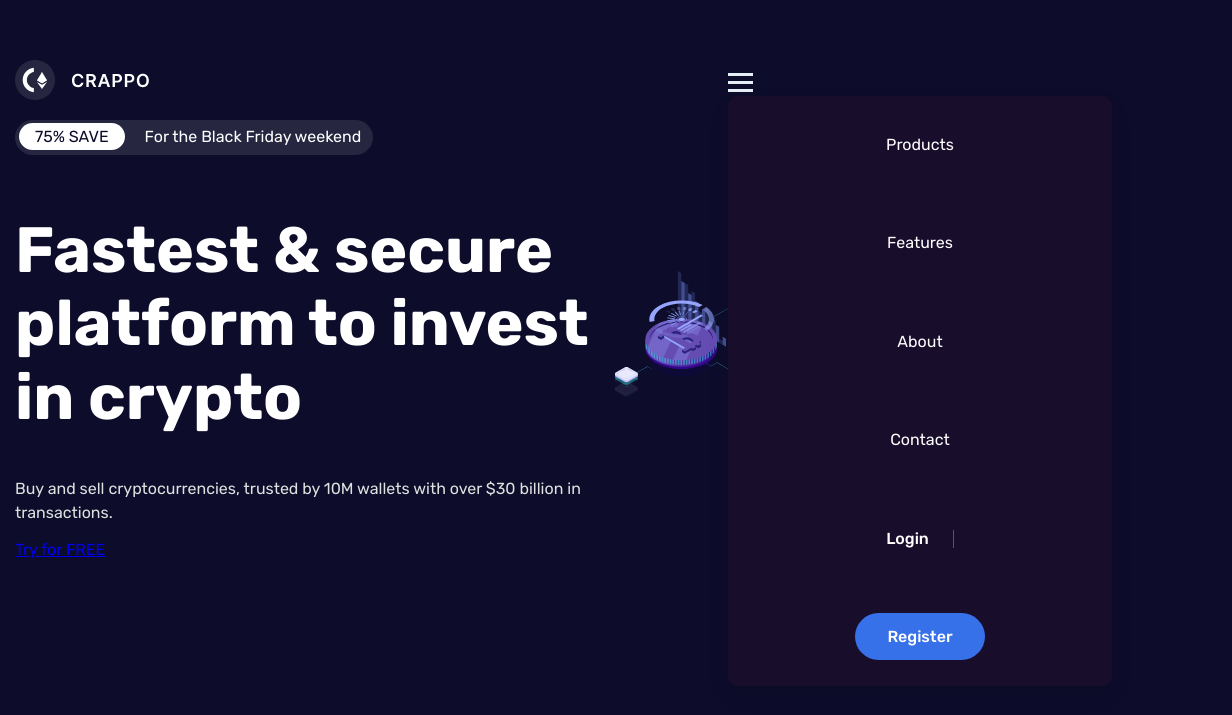
Repository: shtepaa/project-works.github.io
Page: crappo/index.html
An editor plug-in stored every save of this project. The page is shown before and after the next save, followed by the edit.
The browser window is 768 px wide. The page is 1232 px wide, so the pictures cover 1232 px, including what lies to the right of the window. The pictures show the whole page.

Above is the page before, as saved 2021-11-02 16:21:27.

### crappo/index.html
<!DOCTYPE html>
<html lang="en">
  <head>
    <meta charset="UTF-8" />
    <meta http-equiv="X-UA-Compatible" content="IE=edge" />
    <meta name="viewport" content="width=device-width, initial-scale=1.0" />
    <title>CRAPPO</title>
    <link
      rel="stylesheet"
      href="https://cdnjs.cloudflare.com/ajax/libs/normalize/8.0.1/normalize.min.css"
    />
    <link rel="stylesheet" href="./styles/style.css" />
  </head>
  <body>
    <!-- Початок навігації -->
    <header class="header">
      <a href="#" class="header-logo">
        <img src="./images/logo01.svg" alt="Logo" />
      </a>
      <nav>
        <ul class="nav">
          <li class="nav-item">
            <a href="#" class="nav-link">Products</a>
          </li>
          <li class="nav-item">
            <a href="#" class="nav-link">Features</a>
          </li>
          <li class="nav-item">
            <a href="#" class="nav-link">About</a>
          </li>
          <li class="nav-item">
            <a href="#" class="nav-link">Contact</a>
          </li>
          <li class="nav-item nav-item--login">
            <a href="#" class="nav-link nav-link--login">Login</a>
          </li>
          <li class="nav-item nav-item--register">
            <a href="#" class="nav-link nav-link--register">Register</a>
          </li>
        </ul>
        <div class="hamburger">
            <span class="bar"></span>
            <span class="bar"></span>
            <span class="bar"></span>
        </div>
      </nav>
    </header>
    <!-- Кінець навігації -->
    <!-- Перша секція -->
    <section>
      <div class="wrapper">
        <div class="main">
          <div class="main-text">
            <p class="main-text__sale">
              <span>75% SAVE</span>
              For the Black Friday weekend
            </p>
            <h1 class="main-text__title">
              Fastest & secure platform to invest in crypto
            </h1>
            <p class="main-text__description">
              Buy and sell cryptocurrencies, trusted by 10M wallets with over
              $30 billion in transactions.
            </p>
            <a href="#" class="main-text__link">Try for FREE</a>
          </div>
          <div class="main-img">
            <img src="./images/main.svg" alt="" class="main-img__image" />
          </div>
        </div>
      </div>
    </section>
<script src="./script.js"></script>
  </body>
</html>

### crappo/styles/style.css
@import url('https://fonts.googleapis.com/css2?family=Rubik:wght@400;500;700&display=swap');
:root {
    --white-rgb: 255,255,255;
    --purple:#2B076E;
    --dark: #0D0D2B;
    --blue: #3671E9;
    --white: #FFF;
}
body {
    font-family: 'Rubik', sans-serif;
    background-color: var(--dark);
    color: var(--white);
}
/* Початок навігації */
.header {
    justify-content: space-between;
    align-items: center;
    padding-right: 15px;
    padding-left: 15px;
    max-width: 1202px;
    margin-top: 60px;
    display: flex;
}
.nav {
    list-style-type: none;
    align-items: center;
    padding-left: 0;
    display: flex;
    margin: 0;
}
.nav-item {
    margin-left: 32px;
}
.nav-item--login{
    border-right: 1px solid rgba(242,242,242,0.3);
    padding-right: 24px;
    margin-left: 56px;
}
.nav-item--register {
    margin-left: 24px;
}
.nav-link {
    transition: cubic-bezier(0.445, 0.05, 0.55, 0.95);
    color: var(--white);
    text-decoration: none;
    font-size: 16px;
}
.nav-link:hover {
    color: var(--blue);
}
.nav-item--login {
    font-weight: 500;
}
.nav-link--register {
    background-color: var(--blue);
    border-radius: 32px;
    padding: 14px 32px;
    font-weight: 500;
}
.nav-link--register:hover {
    transition: cubic-bezier(0.445, 0.05, 0.55, 0.95);
    background-color: var(--purple);
    color: var(--white);
}
/* Кінець навігації */
.wrapper {
    min-width: 1202px;
    padding-right: 15px;
    padding-left: 15px;
    margin: 0 auto;
}
.main {
    display: flex;
    align-items: center;
}
.main-text {
    flex: 0 0 600px;
}
.main-text__sale {
    background-color: rgb(var(--white-rgb),0.1);
    display: inline-block;
    border-radius: 32px;
    padding: 8px 12px 8px 4px;
}
.main-text__sale span {
    background-color: var(--white);
    border-radius: 32px;
    color: var(--dark);
    margin-right: 16px;
    padding: 4px 16px;
}
.main-text__title {
    font-size: 64px;
    font-weight: 700;
}
.main-text__description {
    color: #E0E0E0;
    line-height: 1.5;
}
/* .main-img {
    flex-grow: 1;
} */
/* .main-img__image {
    width: 100%;
} */
@media screen and (max-width: 1180px) {
    .main-img__image {
        width: 50%;
    }

}
@media screen and (max-width: 940px) {
    .main-img__image {
        width: 23%;
    }

}
 /* Гамбургер */
 .hamburger {
    display: none;
}

.bar {
    display: block;
    width: 25px;
    height: 3px;
    margin: 5px auto;
    -webkit-transition: all 0.3s ease-in-out;
    transition: all 0.3s ease-in-out;
    background-color: #e4f0f5;
}
@media only screen and (max-width: 768px) {
    .nav {
        position: fixed;
        /* left: 100%; */
        top: 6rem;
        flex-direction: column;
        background-color: rgb(24, 13, 43);
        width: 50%;
        border-radius: 10px;
        text-align: center;
        transition: 0.3s;
        box-shadow:
            0 10px 27px rgba(0, 0, 0, 0.05);
        /* left: 0;
        right: 0; */
    }

    .nav.active {
        left: 0;
    }

    .nav-item {
        margin: 2.5rem 0;
    }

    .hamburger {
        display: block;
        cursor: pointer;
    }

    .hamburger.active .bar:nth-child(2) {
        opacity: 0;
    }

    .hamburger.active .bar:nth-child(1) {
        -webkit-transform: translateY(8px) rotate(45deg);
        transform: translateY(8px) rotate(45deg);
    }

    .hamburger.active .bar:nth-child(3) {
        -webkit-transform: translateY(-8px) rotate(-45deg);
        transform: translateY(-8px) rotate(-45deg);
    }
}

### crappo/script.js
const hamburger = document.querySelector(".hamburger");
const nav = document.querySelector(".nav");
const navLink = document.querySelectorAll(".nav-link");

hamburger.addEventListener("click", mobileMenu);
navLink.forEach(n => n.addEventListener("click", closeMenu));

function mobileMenu() {
    hamburger.classList.toggle("active");
    nav.classList.toggle("active");
}

function closeMenu() {
    hamburger.classList.remove("active");
    navMenu.classList.remove("active");
}

After the next save:
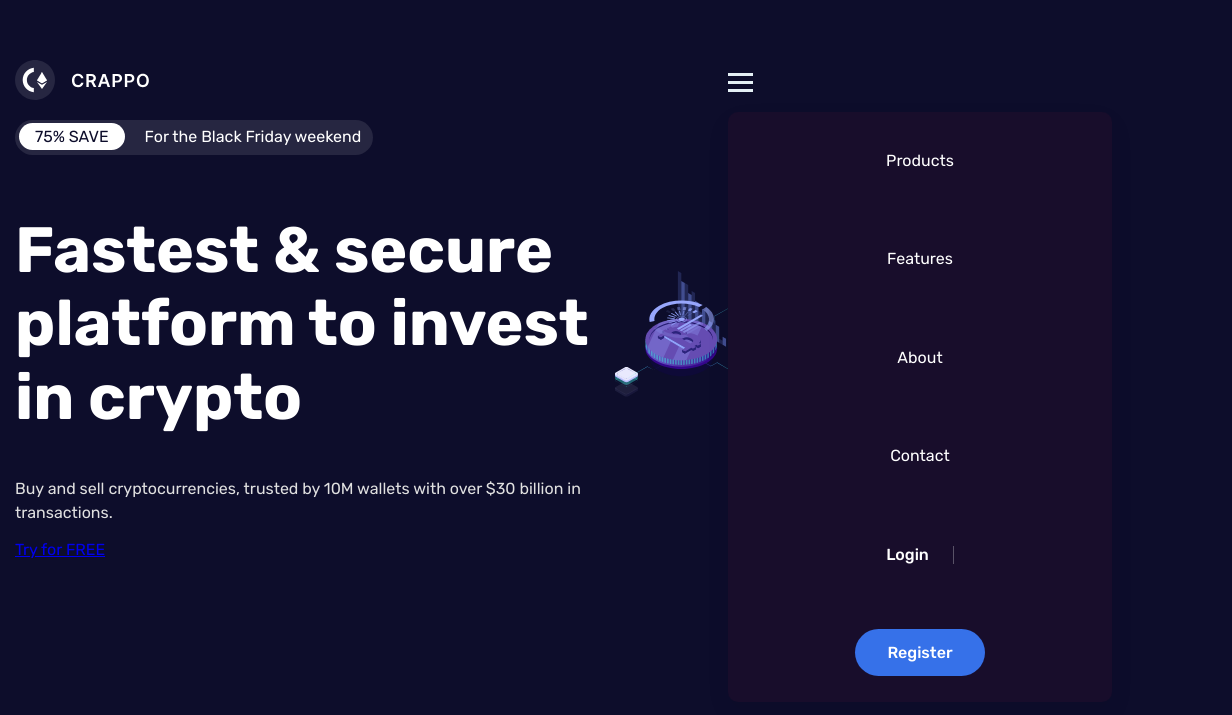
Saved 4 s later.
--- a/crappo/styles/style.css
+++ b/crappo/styles/style.css
@@ -133,7 +133,7 @@ body {
     .nav {
         position: fixed;
         /* left: 100%; */
-        top: 6rem;
+        top: 7rem;
         flex-direction: column;
         background-color: rgb(24, 13, 43);
         width: 50%;
